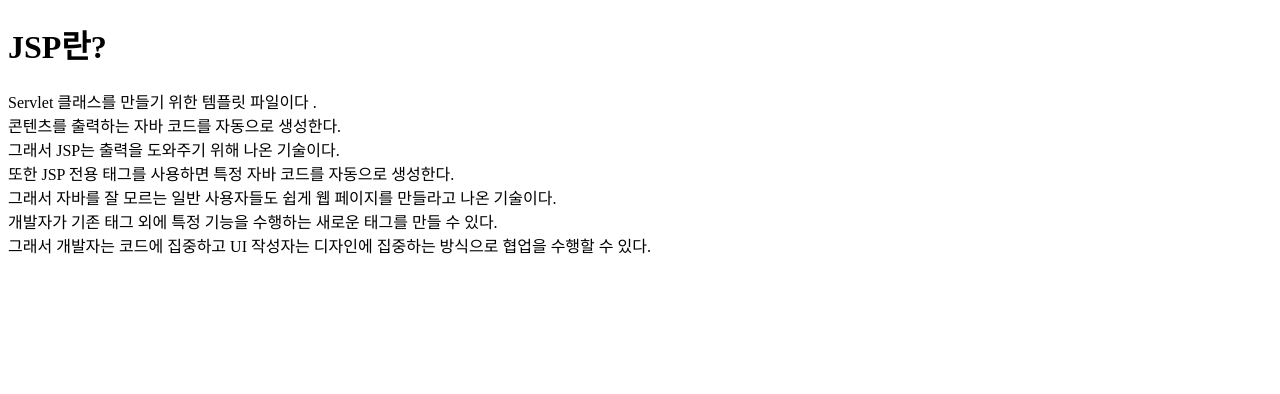
Repository: soso1525/bitcamp
Page: http://localhost/java-web/jsp_exams/ex1/test02.jsp
These files come from the project's save history. The page is drawn as it stood at one moment and after the next save; the edit follows.
The browser window is 1280 px wide. The pictures show the whole page.
The page is served by Tomcat 9. Nobody is signed in. The application's start-up code is not run. Other server files are loaded and not shown.

Above is the page before, as saved 2017-12-14 05:24:29.

### workspace/java-web/src/main/webapp/jsp_exams/ex1/test02.jsp
<%@ page language="java" contentType="text/html; charset=UTF-8"
    pageEncoding="UTF-8"%>
<!DOCTYPE html>
<html>
<head>
<meta charset="UTF-8">
<title>ex1/test01</title>
</head>
<body>
<h1>JSP란?</h1>
<p>
Servlet 클래스를 만들기 위한 템플릿 파일이다 . <br>
콘텐츠를 출력하는 자바 코드를 자동으로 생성한다. <br>
그래서 JSP는 출력을 도와주기 위해 나온 기술이다. <br>
또한 JSP 전용 태그를 사용하면 특정 자바 코드를 자동으로 생성한다. <br>
그래서 자바를 잘 모르는 일반 사용자들도 쉽게 웹 페이지를 만들라고 나온 기술이다. <br>
개발자가 기존 태그 외에 특정 기능을 수행하는 새로운 태그를 만들 수 있다. <br>
그래서 개발자는 코드에 집중하고 UI 작성자는 디자인에 집중하는 방식으로 협업을 수행할 수 있다. <br>
</p>
</body>
</html>

After the next save:
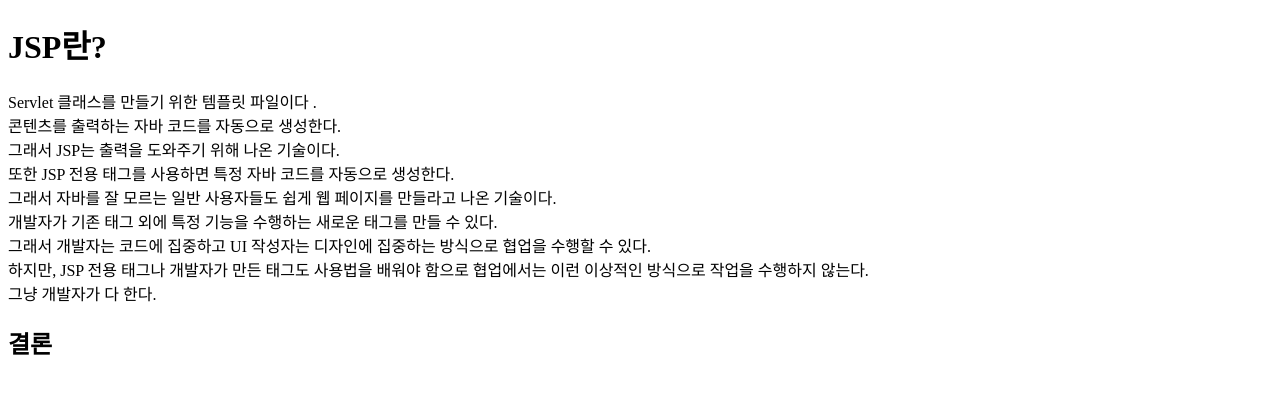
Saved 95 s later.
--- a/workspace/java-web/src/main/webapp/jsp_exams/ex1/test02.jsp
+++ b/workspace/java-web/src/main/webapp/jsp_exams/ex1/test02.jsp
@@ -16,6 +16,11 @@
 그래서 자바를 잘 모르는 일반 사용자들도 쉽게 웹 페이지를 만들라고 나온 기술이다. <br>
 개발자가 기존 태그 외에 특정 기능을 수행하는 새로운 태그를 만들 수 있다. <br>
 그래서 개발자는 코드에 집중하고 UI 작성자는 디자인에 집중하는 방식으로 협업을 수행할 수 있다. <br>
+하지만, JSP 전용 태그나 개발자가 만든 태그도 사용법을 배워야 함으로  협업에서는 이런 이상적인 방식으로 작업을 수행하지 않는다. <br>
+그냥 개발자가 다 한다. <br>
 </p>
+
+<h2>결론</h2>
+
 </body>
 </html>
